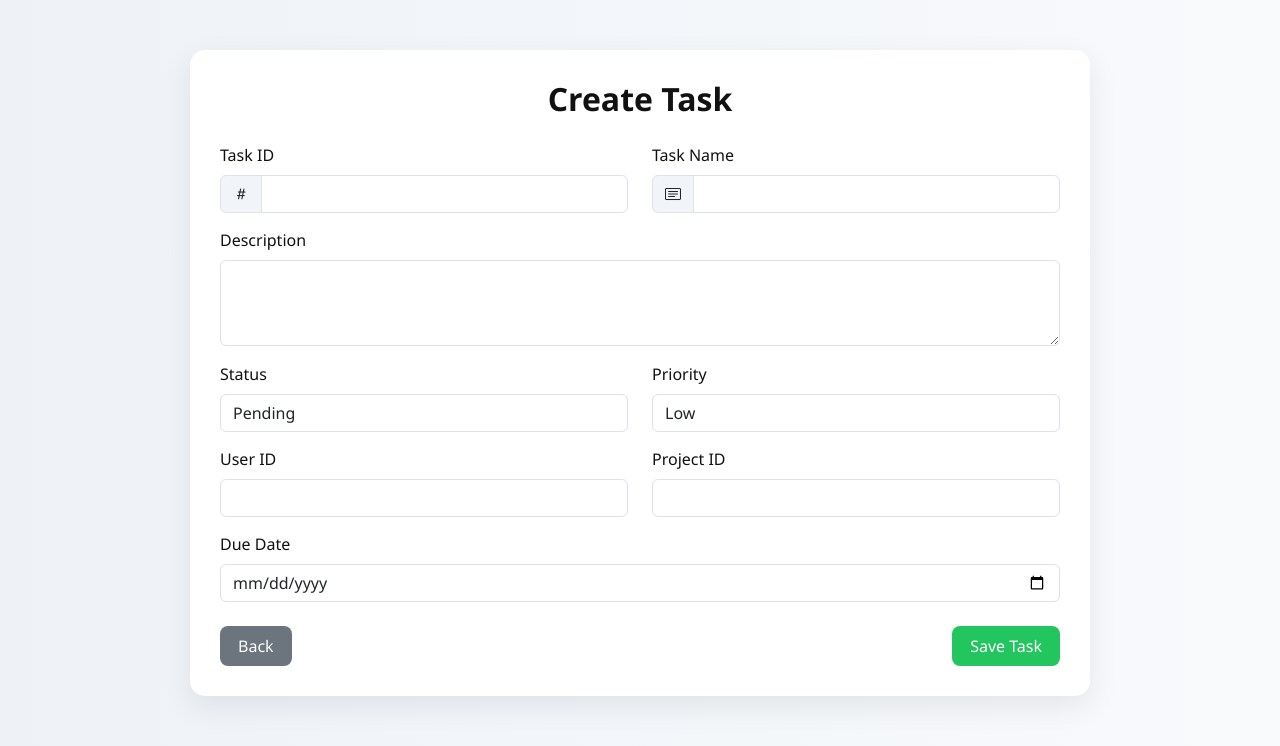
Repository: Rohan-911/task-management
Page: http://localhost/taskservice/create-task
These files come from the project's save history. The page is drawn as it stood at one moment and after the next save; the edit follows.
The browser window is 1280 px wide. The pictures show the whole page.
The page is this project's Thymeleaf template; nobody is signed in. The template is opened directly, without the code that normally fills it, so the values that code supplies are empty.

Above is the page before, as saved 2026-04-19 12:27:35.

After the next save:
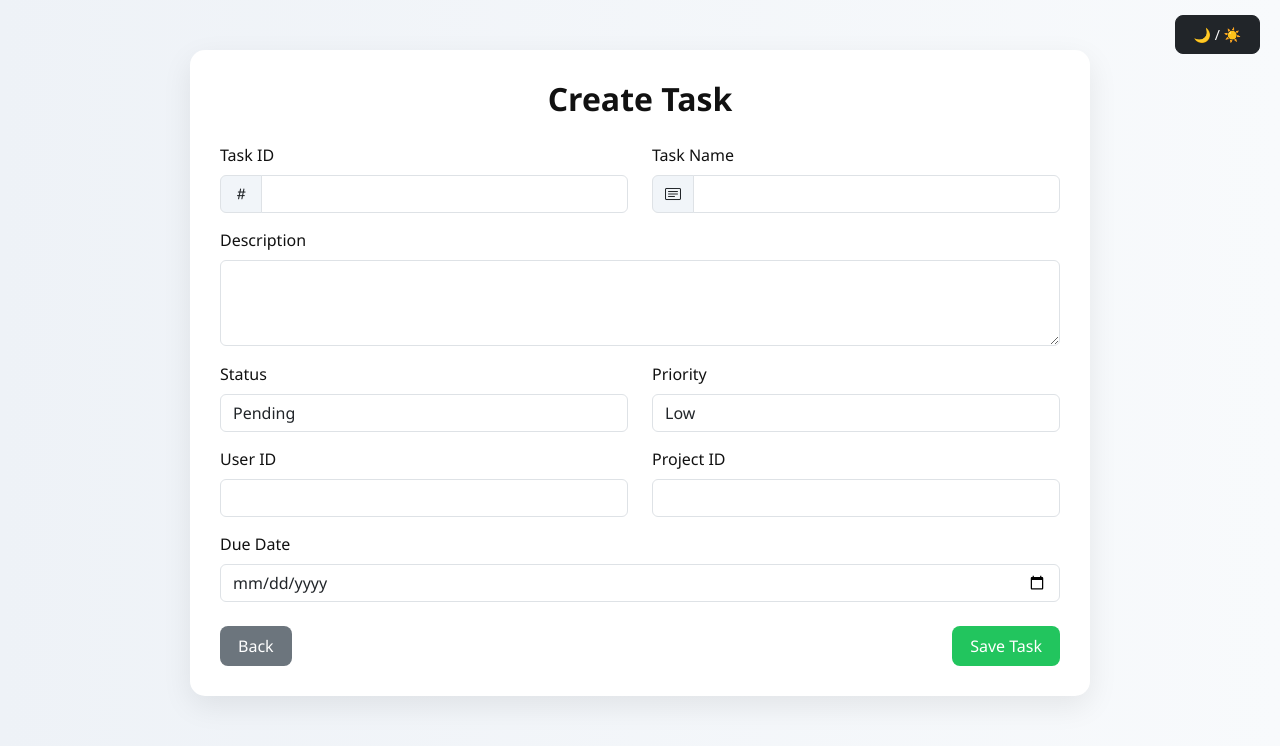
Saved 14 s later.
--- a/frontend/src/main/resources/templates/taskservice/create-task.html
+++ b/frontend/src/main/resources/templates/taskservice/create-task.html
@@ -108,6 +108,11 @@
 </head>
 
 <body>
+	<div style="position:fixed; top:15px; right:20px; z-index:999;">
+	    <button onclick="toggleTheme()" class="btn btn-sm btn-dark">
+	        🌙 / ☀️
+	    </button>
+	</div>
 
 <div class="form-container">
 
